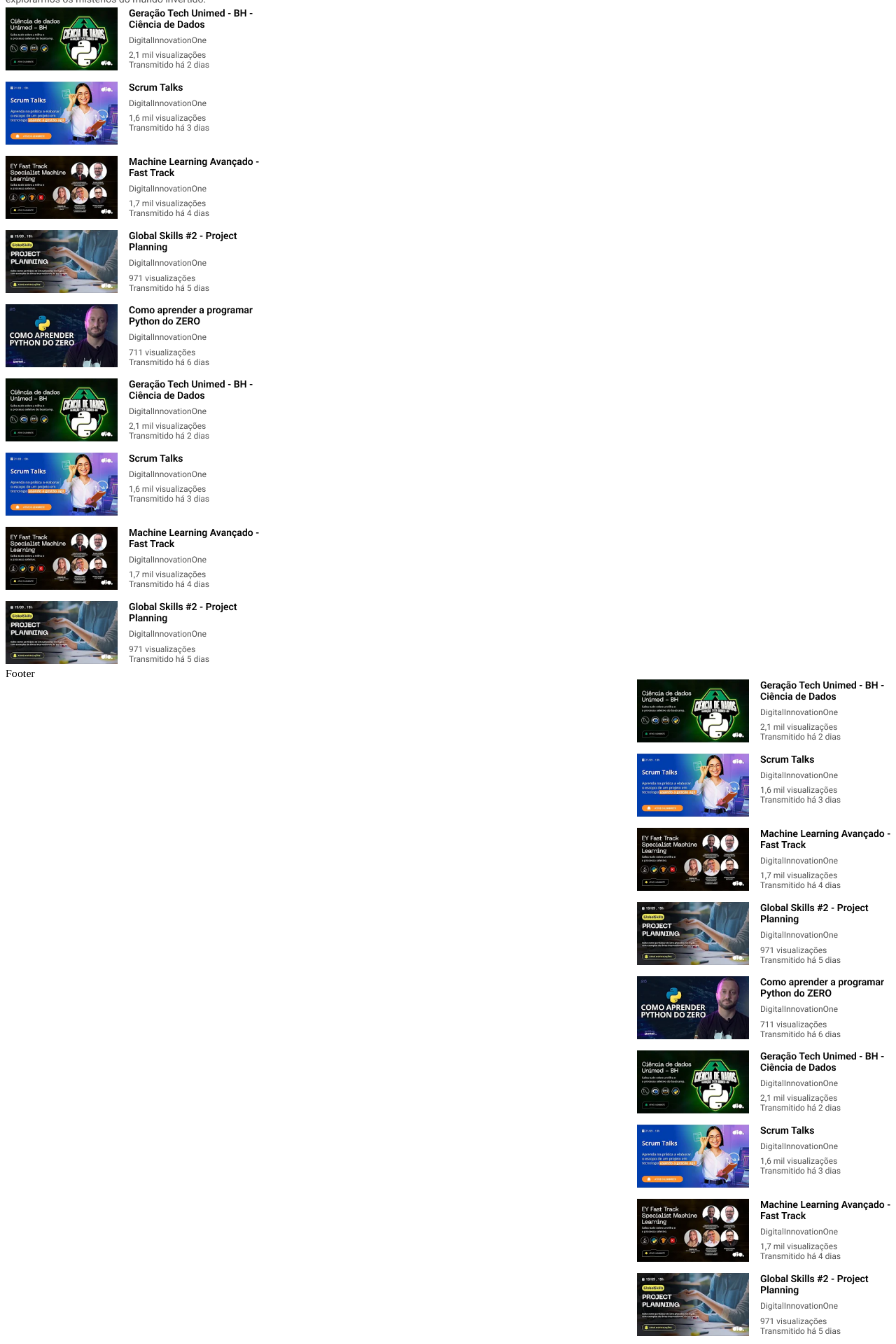
Repository: gustavotwist/design-youtube
Page: assets/index.html
An editor plug-in stored every save of this project. The page is shown before and after the next save, followed by the edit.
The browser window is 1280 px wide. The pictures show the part of the page from y = 1052 to 2972 px (the page is 2972 px tall before and 2030 px after), at 70% of full size.
A picture or video elsewhere on the page could not be fetched, so the positions and the page height are approximate.

Above is the page before, as saved 2024-08-17 18:50:57.

### assets/index.html
<!DOCTYPE html>
<html lang="pt-BR">
<head>
    <meta charset="UTF-8">
    <meta name="viewport" content="width=device-width, initial-scale=1.0">
    <title>YouTube</title>
    <link rel="stylesheet" href="style.css">
</head>
<body>
    <div class="container">
        <header><img src="/assets/img/Menu.png" alt="menu"></header>
        <main>
            <section class="grid-container">
                <img src="/assets/img/Watching Video.png" alt="video">
            </section>
        </main>
        <aside><img src="/assets/img/Sidebar.png" alt="sidebar"></aside>
        <footer>Footer</footer>
    </div>

    <section class="sidebar">
        <img src="/assets/img/Sidebar.png" alt="sidebar">
    </section>
</body>
</html>

### assets/style.css
section {
    flex-direction:column;
    align-self:flex-start;
    display: block;
    vertical-align:super;
}

.sidebar {
    align-items:right;
    text-align:right;
}

After the next save:
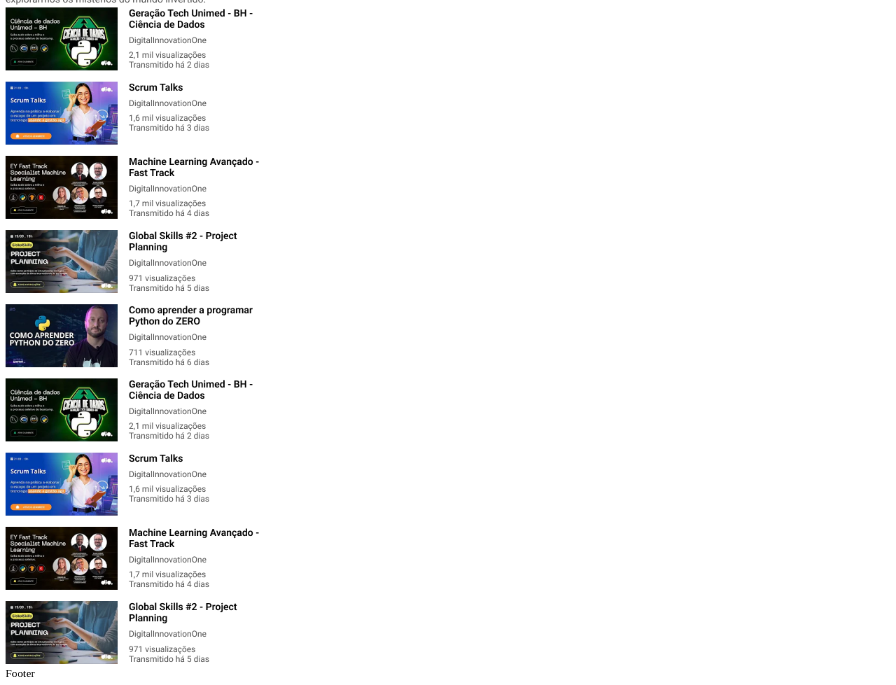
Saved 26 s later.
--- a/assets/index.html
+++ b/assets/index.html
@@ -19,7 +19,7 @@
     </div>
 
     <section class="sidebar">
-        <img src="/assets/img/Sidebar.png" alt="sidebar">
+
     </section>
 </body>
 </html>
